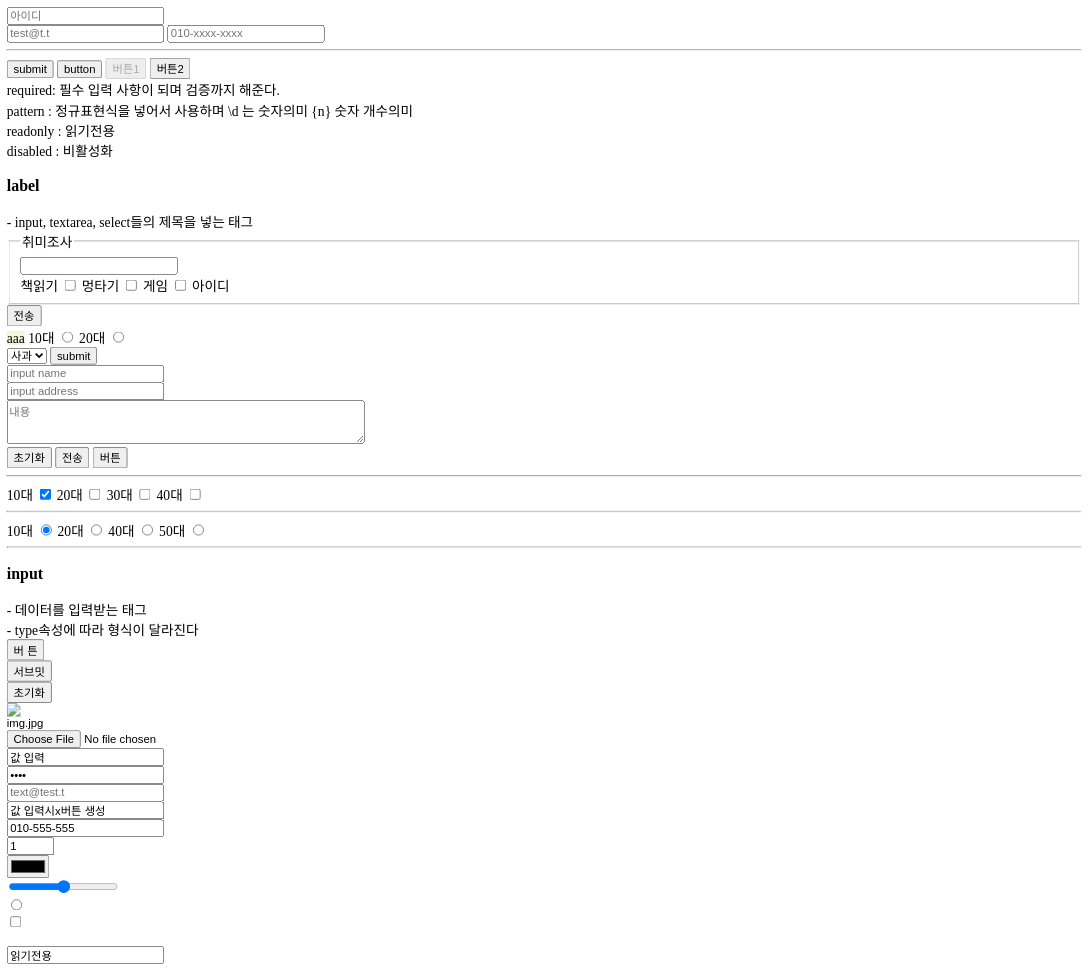
Repository: cleangggg/front
Page: html/ex09.html
The author's editor kept a copy of each file at every save. The page is drawn from the files as they stood at one save, then again after the next save.
The browser window is 1280 px wide. The pictures show the whole page, at 85% of full size.

Above is the page before, as saved 2023-05-23 04:17:41.

### html/ex09.html
<!DOCTYPE html>
<html>
<head>
<meta charset="UTF-8">
<title>Insert title here</title>
</head>
<body>

<form>
	<input type="text" placeholder ="아이디" required ="required"><br>
	<input type="email" placeholder = "test@t.t">
	<input type="tel" placeholder = "010-xxxx-xxxx"
						pattern="\d{3}-\d{3,4}-\d{4}">
	<hr>
	<input type="submit" value="submit">
	<input type="button" value="button">
	<button type="submit" disabled="disabled">버튼1</button>
	<button type="button">버튼2</button>
</form>
required: 필수 입력 사항이 되며 검증까지 해준다.<br>
pattern : 정규표현식을 넣어서 사용하며 \d 는 숫자의미 {n} 숫자 개수의미<br>
readonly : 읽기전용<br>
disabled : 비활성화<br>

<h3>label</h3>
- input, textarea, select들의 제목을 넣는 태그
<form action="">
	<fieldset>
	<legend>취미조사</legend>
	<input id="id"><br><!--id 현재페이지 값, name 다음페이지 값을전달  -->
	<label for="h1">책읽기</label>
	<input type="checkbox" value="1" name="hobby" id="h1">
	<label>멍타기</label>
	<input type="checkbox" value="2" name="hobby">
	<label>게임</label>
	<input type="checkbox"value="3" name="hobby">
	<label for ="id">아이디</label>
	</fieldset>
	<input type="submit" value="전송">

</form>
	<form method="get">
		<label style="background: beige;">aaa</label>
		10대 <input type="radio" value="10" name="age">
		20대 <input type="radio" value="20" name="age">
		<br>
		<select size="1" name="test">
			<option value="apple">사과
			<option>수박
			<option>딸기
		</select>
		<input type="submit" value="submit">
	</form>



<form action="ex06.html">
	<input type="text" name="name" placeholder="input name"><br>
	<input type="text" name="addr" placeholder="input address"><br>
	<textarea rows = "3" name="con" cols = "50" placeholder="내용"></textarea><br>
	<input type="reset" value="초기화">
	<input type="submit" value="전송">
	<input type="button" value="버튼">
</form>

<hr>
	10대 <input type="checkbox" name="age" checked="checked">
	20대 <input type="checkbox" name="age" >
	30대 <input type="checkbox" name="age" >
	40대 <input type="checkbox" name="age" >


<hr>
	10대 <input type="radio" name="age" checked="checked">
	20대 <input type="radio" name="age" >
	40대 <input type="radio" name="age11" >
	50대 <input type="radio" name="age11" >

<hr>
	<h3>input</h3>
	- 데이터를 입력받는 태그<br>
	- type속성에 따라 형식이 달라진다<br>
	<input type="button" value="버 튼"><br>
	<input type="submit" value="서브밋"><br>
	<input type="reset" value="초기화"><br>
	<input type="image" value="img.jpg" width="50"><br>
	<input type="file"><br>

	<input type="text" value="값 입력"><br>
	<input type="password" value="비밀번호"><br>
	<input type="email" placeholder="text@test.t"><br>
	<input type="search" value="값 입력시x버튼 생성"><br>
	<input type="tel" value="010-555-555"><br>
	<input type="number" min="1" max="10" value="1"><br>

	<input type="color"><br>
	<input type="range"><br>
	<input type="radio"><br>
	<input type="checkbox"><br>
	<input type="hidden" value="값을 숨김"><br>
	<input type="text" value="읽기전용" readonly="readonly"><br>

</body>
</html>

After the next save:
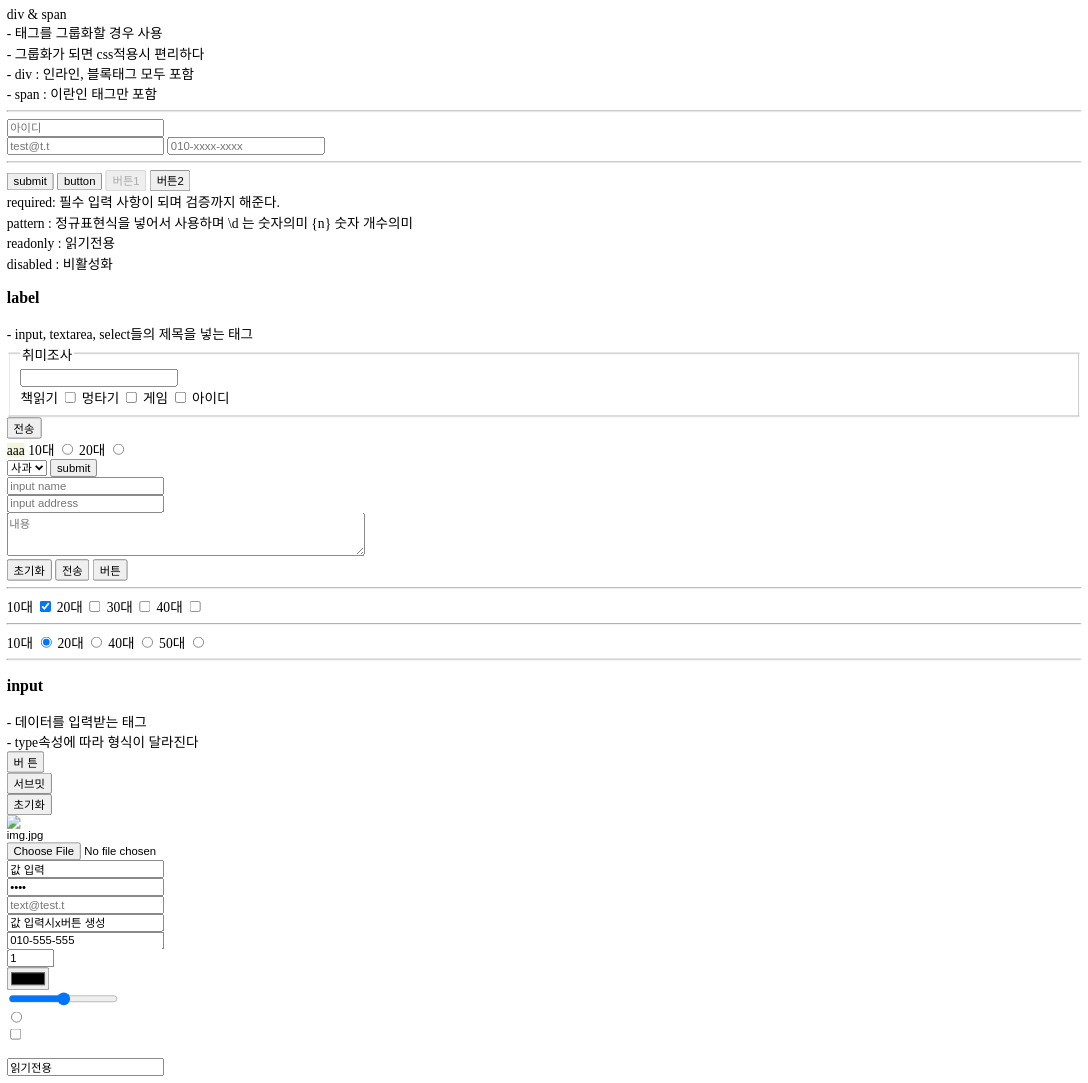
Saved 2 min 53 s later.
--- a/html/ex09.html
+++ b/html/ex09.html
@@ -5,7 +5,13 @@
 <title>Insert title here</title>
 </head>
 <body>
+	div & span<br>
+	- 태그를 그룹화할 경우 사용<br>
+	- 그룹화가 되면 css적용시 편리하다<br>
+	- div : 인라인, 블록태그 모두 포함<br>
+	- span : 이란인 태그만 포함 <br>
 
+<hr>
 <form>
 	<input type="text" placeholder ="아이디" required ="required"><br>
 	<input type="email" placeholder = "test@t.t">
